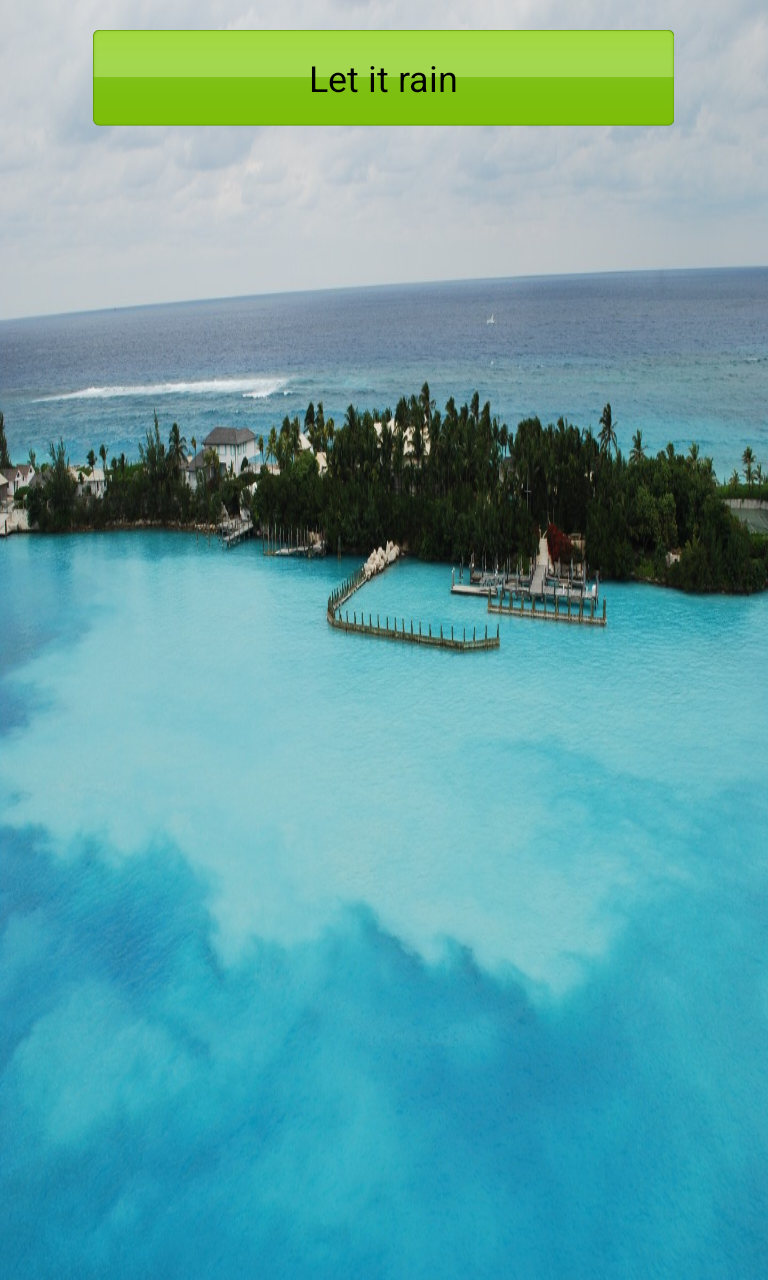
Repository: yangliu2/Android
Layout: Panzoto/res/layout/activity_settings.xml
The author's editor kept a copy of each file at every save. The layout is drawn from the files as they stood at one save, then again after the next save.
It is drawn on a 768 x 1280 px phone screen (xhdpi) without system bars, with theme CustomActionBarTheme; the app's code is not run.

Above is the layout before, as saved 2014-12-11 02:27:36.

After the next save:
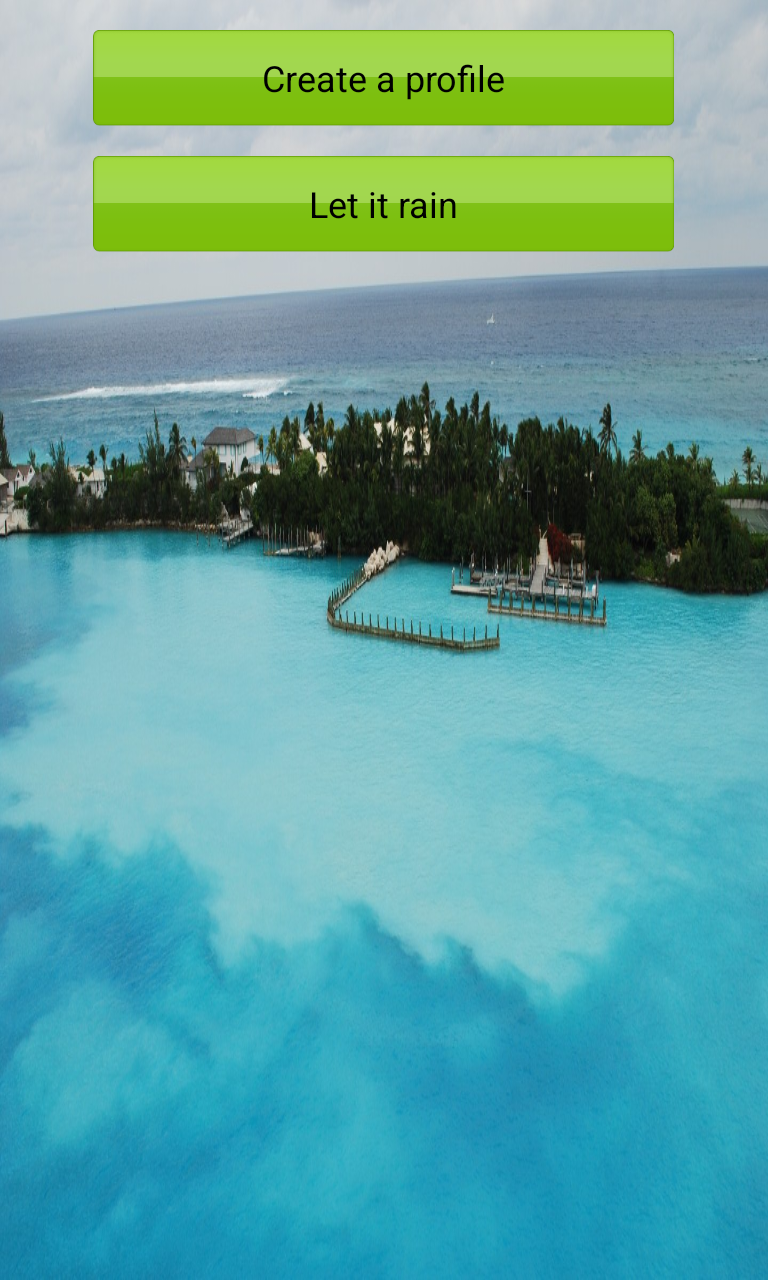
Saved 33 s later.
--- a/Panzoto/res/layout/activity_settings.xml
+++ b/Panzoto/res/layout/activity_settings.xml
@@ -1,15 +1,15 @@
 <?xml version="1.0" encoding="utf-8"?>
-
 <RelativeLayout xmlns:android="http://schemas.android.com/apk/res/android"
     android:layout_width="match_parent"
     android:layout_height="match_parent"
-    android:orientation="vertical"
-    android:background="@drawable/background" >
+    android:background="@drawable/background"
+    android:orientation="vertical" >
 
-    <TextView android:layout_width="fill_parent"
+    <TextView
+        android:layout_width="fill_parent"
         android:layout_height="wrap_content"
-        android:gravity="center"
-        android:layout_centerInParent="true"/>
+        android:layout_centerInParent="true"
+        android:gravity="center" />
 
     <Button
         android:id="@+id/new_profile"
@@ -21,13 +21,13 @@
         android:background="@drawable/square_shape_drawable"
         android:text="@string/new_profile" />
 
-        <Button
+    <Button
         android:id="@+id/add_money"
         android:layout_width="wrap_content"
         android:layout_height="wrap_content"
         android:layout_alignParentTop="true"
         android:layout_centerHorizontal="true"
-        android:layout_marginTop="15dp"
+        android:layout_marginTop="78dp"
         android:background="@drawable/square_shape_drawable"
         android:text="@string/add_money" />
 
